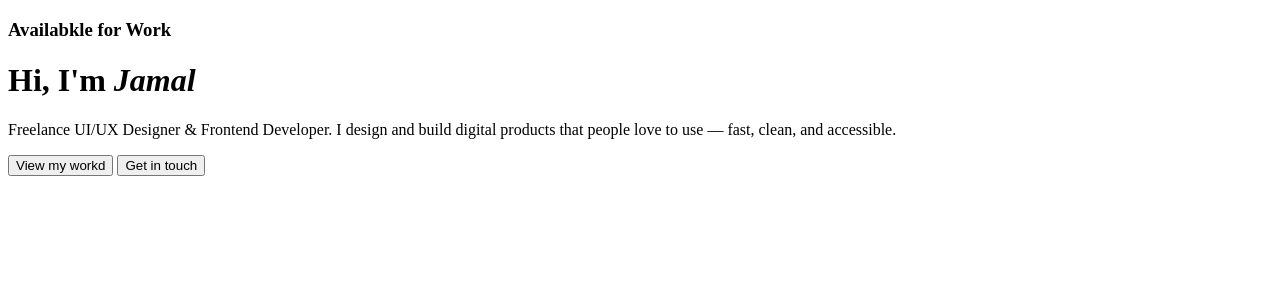
Repository: jamalissef-glitch/exercise1-JS
Page: Exercise33/index.html
These files come from the project's save history. The page is drawn as it stood at one moment and after the next save; the edit follows.
The browser window is 1280 px wide. The pictures show the whole page.

Above is the page before, as saved 2026-07-14 17:36:26.

### Exercise33/index.html
<!DOCTYPE html>
<html lang="en">

<head>
 <meta charset="UTF-8">
 <meta name="viewport" content="width=device-width, initial-scale=1.0">
 <title>DOM</title>
</head>

<body>

 <h3>Availabkle for Work</h3>
 <h1 id="head">Hi, I'm <em>Jamal</em></h1>
 <p class="desc">Freelance UI/UX Designer & Frontend Developer. I design and build digital products that people love to
  use — fast,
  clean, and accessible.</p>

 <button>View my workd</button>
 <button>Get in touch</button>


</body>

</html>

After the next save:
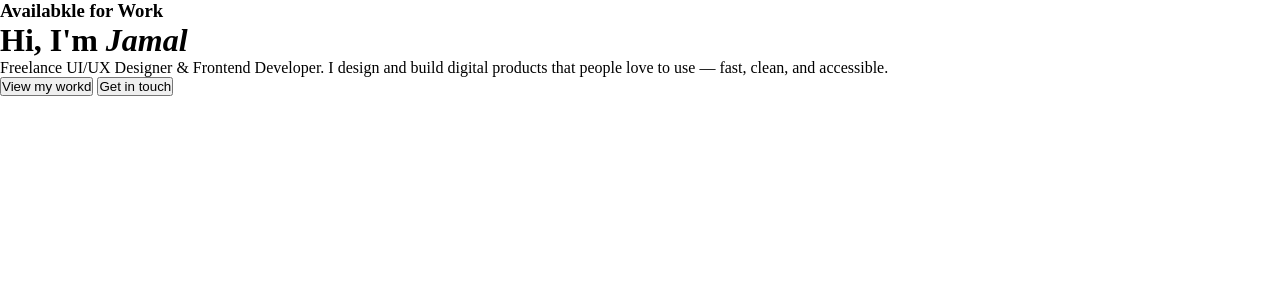
Saved 77 s later.
--- a/Exercise33/index.html
+++ b/Exercise33/index.html
@@ -6,6 +6,14 @@
  <meta name="viewport" content="width=device-width, initial-scale=1.0">
  <title>DOM</title>
 </head>
+
+<style>
+ * {
+  padding: 0;
+  margin: 0;
+  box-sizing: border-box;
+ }
+</style>
 
 <body>
 
